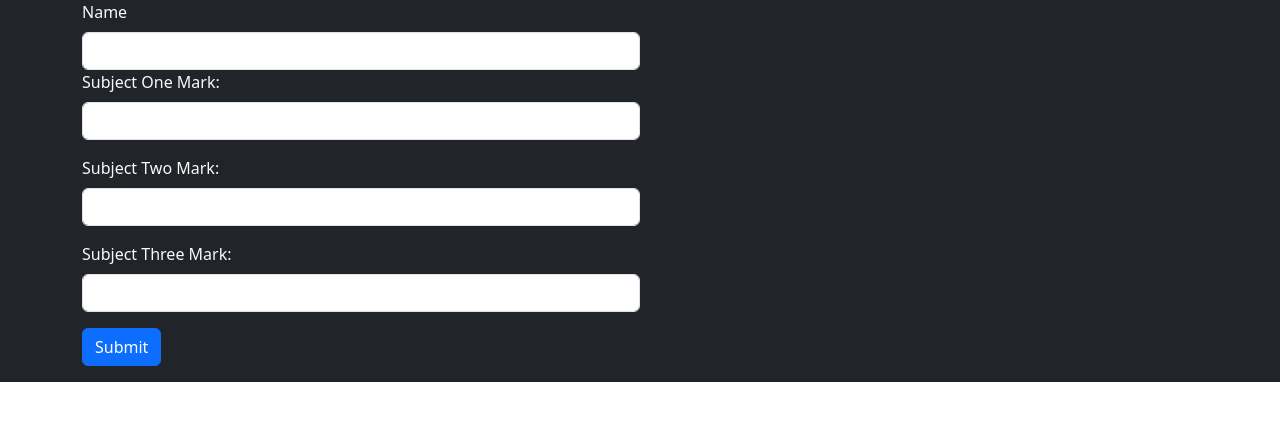
Repository: RG4025/AdvanceJava
Page: ClassWorkFeb15/src/main/webapp/grade.html
An editor plug-in stored every save of this project. The page is shown before and after the next save, followed by the edit.
The browser window is 1280 px wide. The pictures show the whole page.

Above is the page before, as saved 2024-02-15 06:54:41.

### ClassWorkFeb15/src/main/webapp/grade.html
<!doctype html>
<html lang="en">
  <head>
    <meta charset="utf-8">
    <meta name="viewport" content="width=device-width, initial-scale=1">
    <title>Bootstrap demo</title>
    <link href="https://cdn.jsdelivr.net/npm/bootstrap@5.3.2/dist/css/bootstrap.min.css" rel="stylesheet" integrity="sha384-T3c6CoIi6uLrA9TneNEoa7RxnatzjcDSCmG1MXxSR1GAsXEV/Dwwykc2MPK8M2HN" crossorigin="anonymous">

    <style>


    </style>
  </head>
  <body>


				<section class=" Main bg-dark text-light h-100 w-100 d-flex justify-content-center align-items-center">

					<div class="Main2 container ">
						<form class="col-12 col-md-6" method="post" action="MainFirst">
							      <div class="mb-3">
							    <label for="exampleInputEmail1" class="form-label"> Name</label>
							    <input type="text" class="form-control" name="name">

							  <div class="mb-3">
							    <label for="exampleInputPassword1" class="form-label">Subject One Mark:</label>
							    <input type="text" class="form-control" name="sub1">
							  </div>

							  <div class="mb-3">
							    <label for="exampleInputPassword1" class="form-label">Subject Two Mark:</label>
							    <input type="text" class="form-control" name="sub2">
							  </div>

							  <div class="mb-3">
							    <label for="exampleInputPassword1" class="form-label">Subject Three Mark:</label>
							    <input type="text" class="form-control" name="sub3">
							  </div>

							  <button type="submit" class="btn btn-primary">Submit</button>
						</form>

					</div>
				</section>
    <script src="https://cdn.jsdelivr.net/npm/bootstrap@5.3.2/dist/js/bootstrap.bundle.min.js" integrity="sha384-C6RzsynM9kWDrMNeT87bh95OGNyZPhcTNXj1NW7RuBCsyN/o0jlpcV8Qyq46cDfL" crossorigin="anonymous"></script>
  </body>
</html>

After the next save:
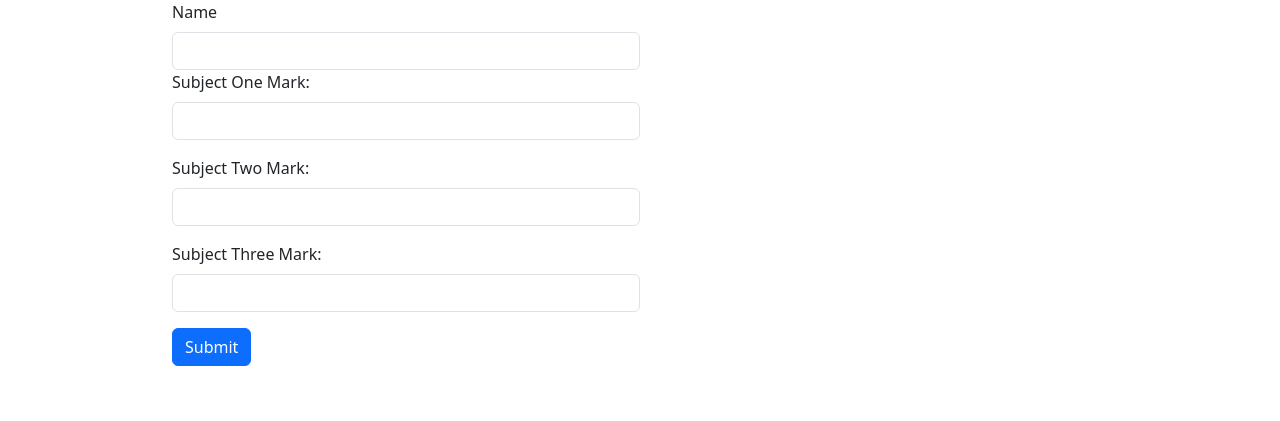
Saved 27 s later.
--- a/ClassWorkFeb15/src/main/webapp/grade.html
+++ b/ClassWorkFeb15/src/main/webapp/grade.html
@@ -14,7 +14,7 @@
   <body>
 
 
-				<section class=" Main bg-dark text-light h-100 w-100 d-flex justify-content-center align-items-center">
+				<section class="w-75  mx-auto d-flex justify-content-center align-items-center">
 
 					<div class="Main2 container ">
 						<form class="col-12 col-md-6" method="post" action="MainFirst">
